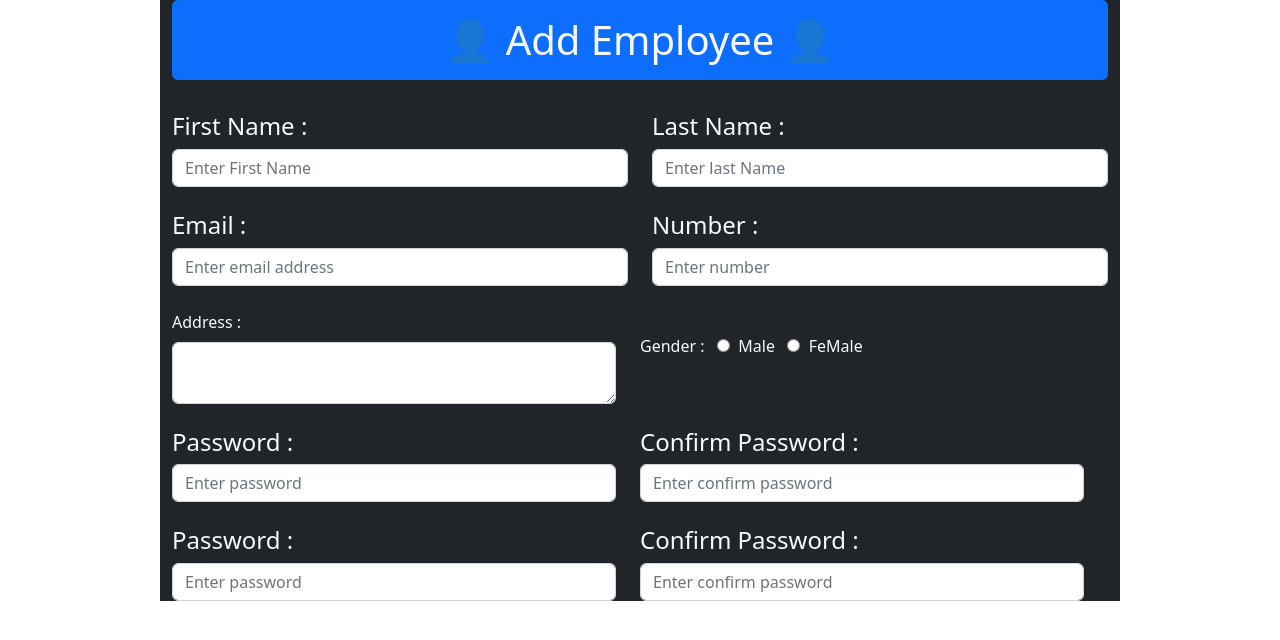
Repository: Rahulkathiriya/java-assignment-and-assesment
Page: http://localhost/web007_assesment_employee_Management_System/addEmployee.jsp
These files come from the project's save history. The page is drawn as it stood at one moment and after the next save; the edit follows.
The browser window is 1280 px wide. The pictures show the whole page.
The page is served by Tomcat 9. Other server files are loaded and not shown.

Above is the page before, as saved 2022-11-17 15:47:34.

### web007_assesment_employee_Management_System/src/main/webapp/addEmployee.jsp
<%@ page language="java" contentType="text/html; charset=UTF-8"
	pageEncoding="UTF-8"%>
<!DOCTYPE html>
<html>
<head>
<!-- CSS only -->
<link
	href="https://cdn.jsdelivr.net/npm/bootstrap@5.2.0/dist/css/bootstrap.min.css"
	rel="stylesheet"
	integrity="sha384-gH2yIJqKdNHPEq0n4Mqa/HGKIhSkIHeL5AyhkYV8i59U5AR6csBvApHHNl/vI1Bx"
	crossorigin="anonymous">
<!-- <-- JavaScript Bundle with Popper -->
<script
	src="https://cdn.jsdelivr.net/npm/bootstrap@5.2.0/dist/js/bootstrap.bundle.min.js"
	integrity="sha384-A3rJD856KowSb7dwlZdYEkO39Gagi7vIsF0jrRAoQmDKKtQBHUuLZ9AsSv4jD4Xa"
	crossorigin="anonymous"></script>

<!--  	j-Queary cdn -->
<script
	src="https://cdnjs.cloudflare.com/ajax/libs/jquery/3.6.1/jquery.min.js"
	integrity="sha512-aVKKRRi/Q/YV+4mjoKBsE4x3H+BkegoM/em46NNlCqNTmUYADjBbeNefNxYV7giUp0VxICtqdrbqU7iVaeZNXA=="
	crossorigin="anonymous" referrerpolicy="no-referrer"></script>
<meta charset="UTF-8">
<title>add Employee</title>
<style type="text/css">
.form-control:focus {
	border-color: none !important;
	box-shadow: none !important;
}
</style>
</head>
<body>

	<div class="container bg-dark text-light m-auto w-75">
		<div class="h1 text-center bg-primary rounded p-3">👤 Add
			Employee 👤</div>
		<br>
		<div class="row">
			<div class="col col-sm-12 col-md-6 col-lg-6">
				<label class=" h4 form-label" for="fname">First Name :</label> <input
					type="text" id="fname" name="fname" class="form-control"
					placeholder="Enter First Name">
			</div>
			<div class="col col-sm-12 col-md-6 col-lg-6">
				<label class=" h4 form-label" for="lname">Last Name :</label> <input
					type="text" id="lname" name="lname" class="form-control"
					placeholder="Enter last Name">
			</div>
		</div>
		<br>
		<div class="row">
			<div class="col col-sm-12 col-md-6 col-lg-6">
				<label class=" h4 form-label" for="email">Email :</label> <input
					type="email" id="email" name="email" class="form-control"
					placeholder="Enter email address">
			</div>
			<div class="col col-sm-12 col-md-6 col-lg-6">
				<label class=" h4 form-label" for="number">Number :</label> <input
					type="text" id="number" name="number" class="form-control"
					placeholder="Enter number">
			</div>

			<div class="row mt-4">
				<div class="col col-sm-12 col-md-6 col-lg-6">
					<label class="form-label">Address : </label>
					<textarea rows="" cols="" class="form-control" id="address"></textarea>
				</div>
				<div class="col col-sm-12 col-md-6 col-lg-6 mt-4">
					<label class="form-label" for="gender">Gender :</label> &nbsp; <input
						type="radio" name="gender" value="male"> &nbsp;Male &nbsp;
					<input type="radio" name="gender" value="male">
					&nbsp;FeMale
				</div>
			</div>
			<div class="row mt-4">
				<div class="col col-sm-12 col-md-6 col-lg-6">
					<label class=" h4 form-label" for="password">Password :</label> <input
						type="text" id="password" name="password" class="form-control"
						placeholder="Enter password">
				</div>
				<div class="col col-sm-12 col-md-6 col-lg-6">
					<label class=" h4 form-label" for="conpass">Confirm
						Password :</label> <input type="text" id="conpass" name="conpass"
						class="form-control" placeholder="Enter confirm password">
				</div>
			</div>
			<div class="row mt-4">
				<div class="col col-sm-12 col-md-6 col-lg-6">
					<label class=" h4 form-label" for="password">Password :</label> <input
						type="text" id="password" name="password" class="form-control"
						placeholder="Enter password">
				</div>
				<div class="col col-sm-12 col-md-6 col-lg-6">
					<label class=" h4 form-label" for="conpass">Confirm
						Password :</label> <input type="text" id="conpass" name="conpass"
						class="form-control" placeholder="Enter confirm password">
				</div>
			</div>
		</div>



	</div>

















</body>
</html>

After the next save:
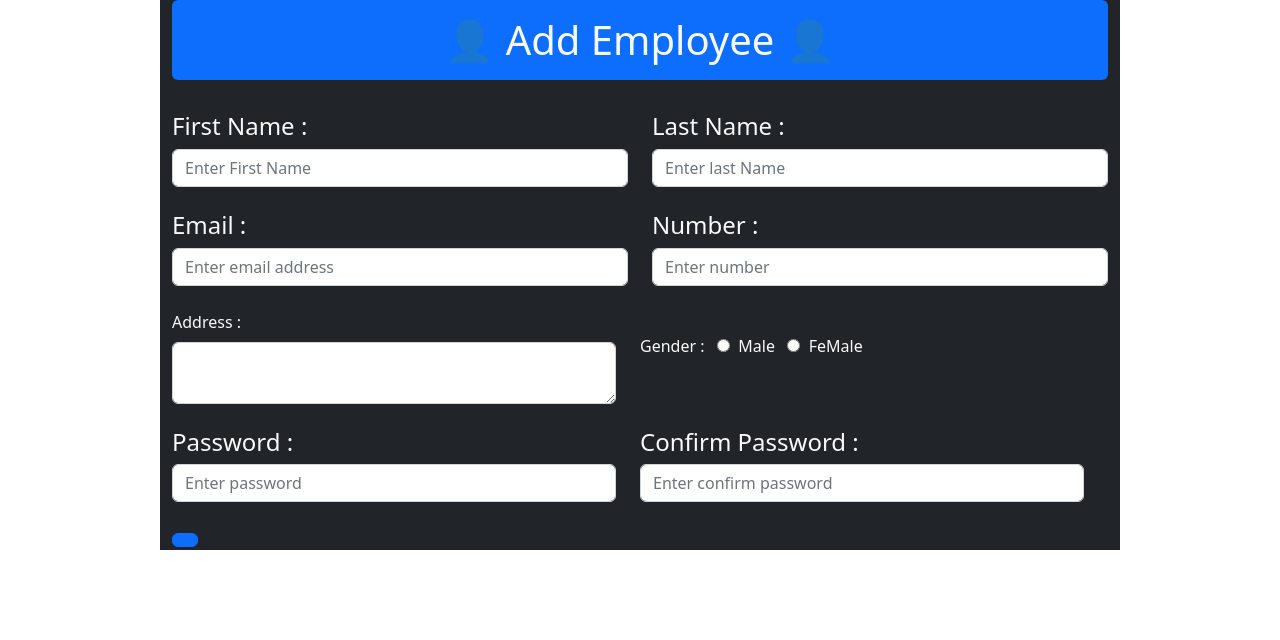
Saved 35 s later.
--- a/web007_assesment_employee_Management_System/src/main/webapp/addEmployee.jsp
+++ b/web007_assesment_employee_Management_System/src/main/webapp/addEmployee.jsp
@@ -86,14 +86,11 @@
 			</div>
 			<div class="row mt-4">
 				<div class="col col-sm-12 col-md-6 col-lg-6">
-					<label class=" h4 form-label" for="password">Password :</label> <input
-						type="text" id="password" name="password" class="form-control"
-						placeholder="Enter password">
+					<button class="btn btn-primary"><a></a></button>
+
 				</div>
 				<div class="col col-sm-12 col-md-6 col-lg-6">
-					<label class=" h4 form-label" for="conpass">Confirm
-						Password :</label> <input type="text" id="conpass" name="conpass"
-						class="form-control" placeholder="Enter confirm password">
+
 				</div>
 			</div>
 		</div>
